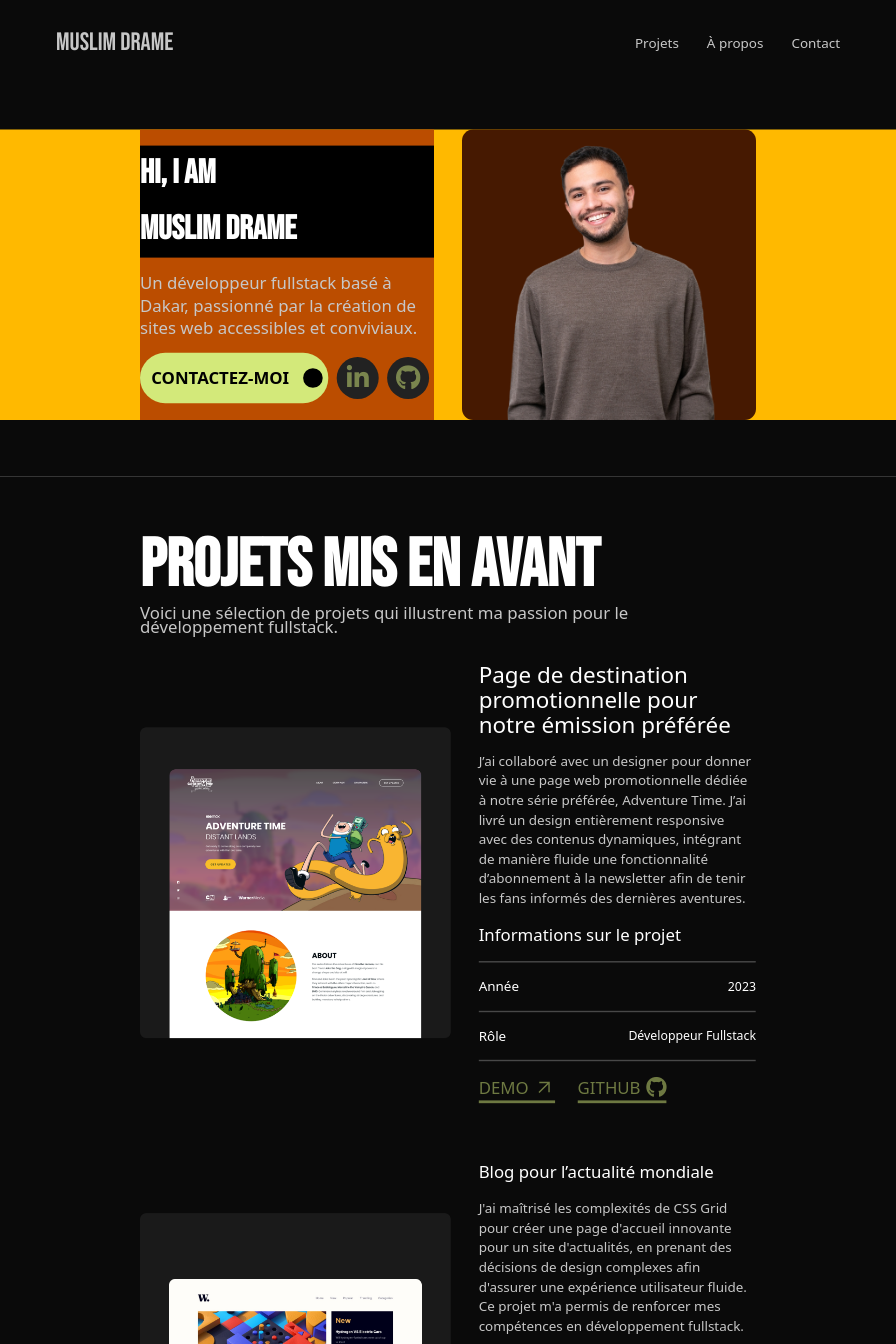
Repository: muslimdrame37-oss/Portfolio1
Page: src/index.html
These files come from the project's save history. The page is drawn as it stood at one moment and after the next save; the edit follows.
The browser window is 1280 px wide. The pictures show the part of the page from y = 0 to 1920 px (the page is 4488 px tall before and 4468 px after), at 70% of full size.
Some web fonts or font styles are not loaded; a fallback is used. Some web libraries are served in a nearby version.

Above is the page before, as saved 2026-02-11 20:36:48.

After the next save:
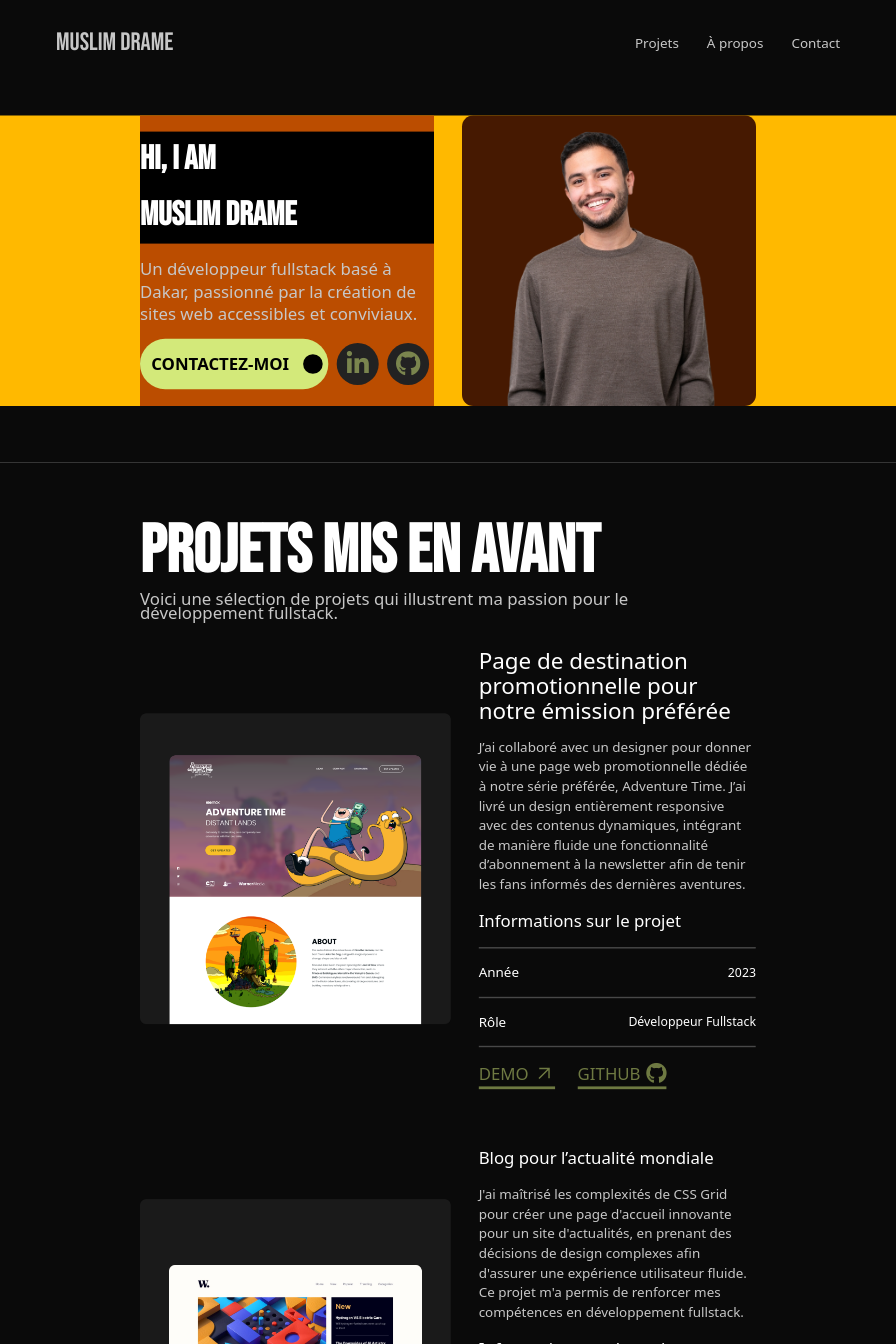
Saved 16 s later.
--- a/src/index.html
+++ b/src/index.html
@@ -43,7 +43,7 @@
     <main>
 
         <!-- ========== SECTION HERO ========== -->
-        <section class="px-5 mt-15 flex flex-col justify-between gap-10 lg:flex-row lg:px-50 bg-amber-400" aria-label="Section d'accueil">
+        <section class="px-5 mt-10 flex flex-col justify-between gap-10 lg:flex-row lg:px-50 bg-amber-400" aria-label="Section d'accueil">
             <!-- Contenu texte -->
             <div class="flex flex-col gap-5 justify-center lg:w-1/2 bg-amber-700">
                 <h2 class="text-white text-[3rem] font-bebas lg:text-[5rem] lg:font-bold lg:leading-20 leading-15 bg-black">HI, I AM <br> MUSLIM DRAME</h2>
